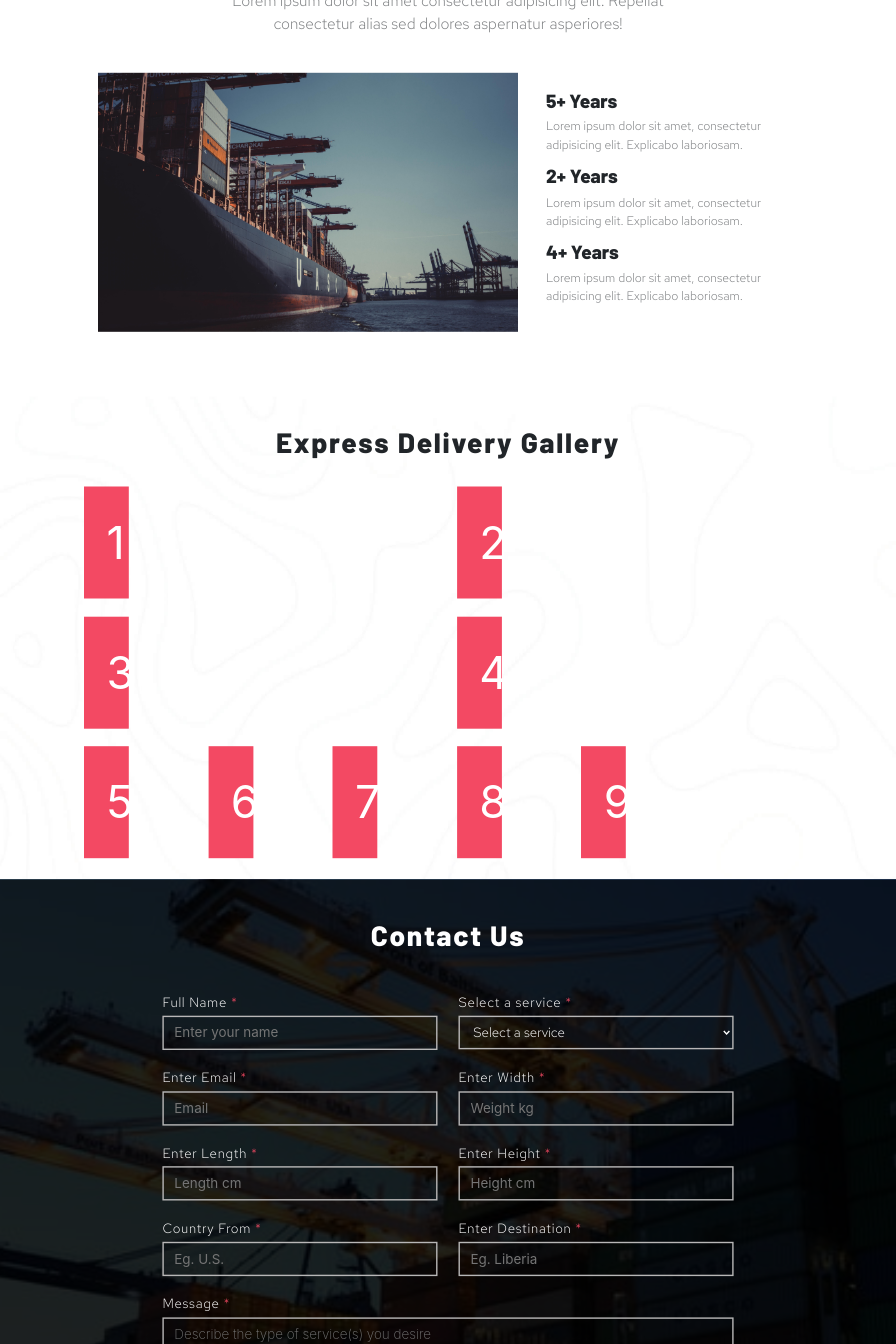
Repository: just-mann/express-delivery
Page: index.html
An editor plug-in stored every save of this project. The page is shown before and after the next save, followed by the edit.
The browser window is 1280 px wide. The pictures show the part of the page from y = 2210 to 4130 px (the page is 5373 px tall), at 70% of full size.
Some web libraries are served in a nearby version. The style sheet was rebuilt from its Sass, Less or Tailwind sources for each picture, by a compiler version that may differ from the author's.

Above is the page before, as saved 2021-07-08 01:45:48.

After the next save:
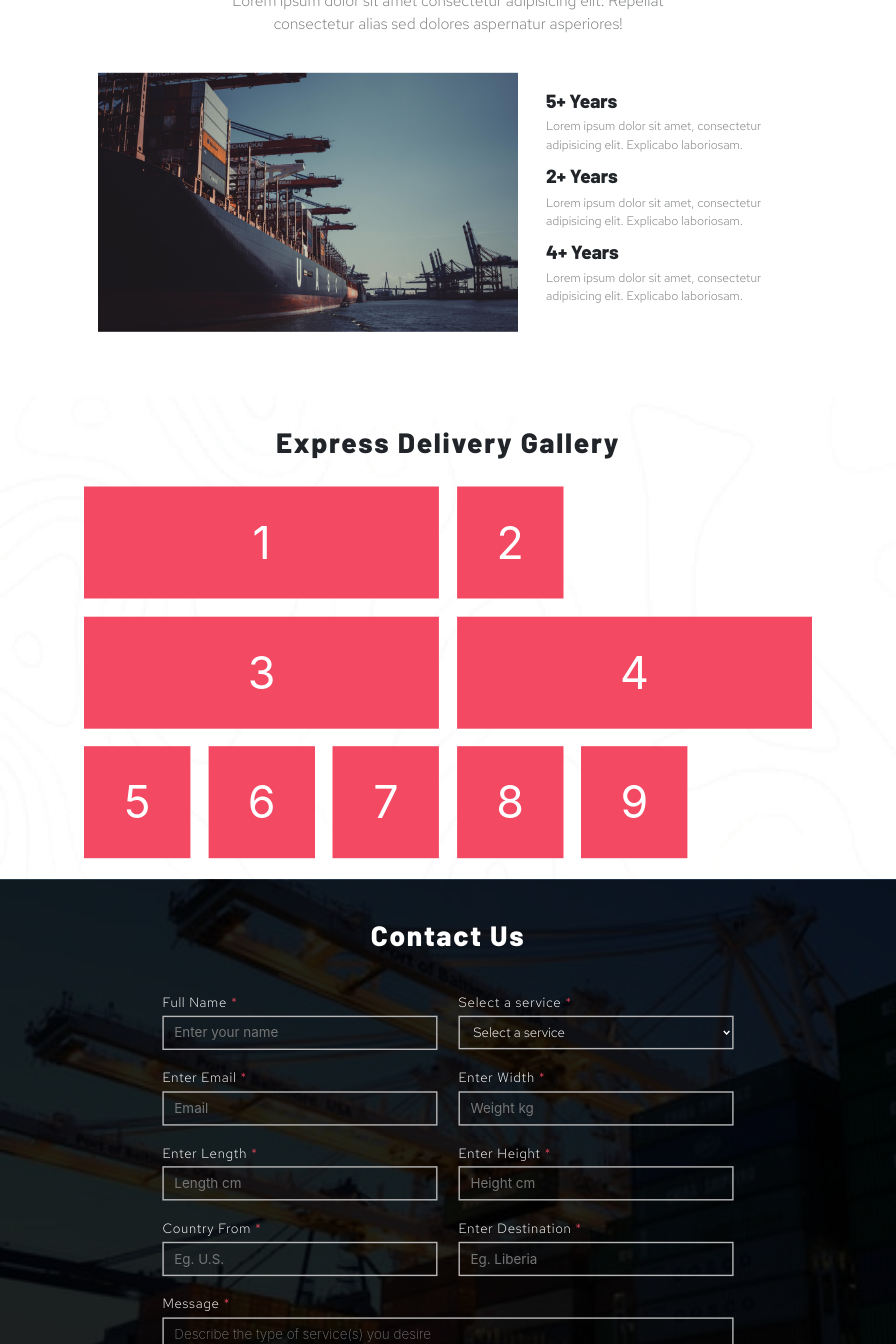
Saved 7 s later.
--- a/Sass/style.scss
+++ b/Sass/style.scss
@@ -490,7 +490,7 @@ header {
             font-size: 5vw;
             padding: .5em;
             min-height: 80px;
-            width: 50px;
+            min-width: 50px;
             background: $primary__color;
             color: $light__white;
             text-align: center;
